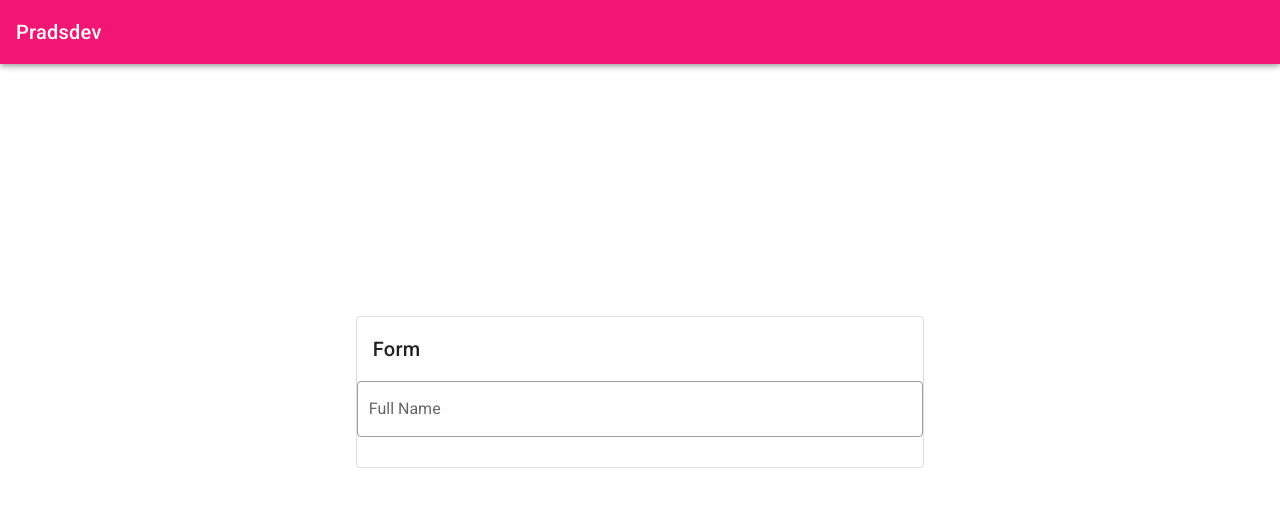
Repository: pradsdev/vue-form-validate
Page: /
These files come from the project's save history. The page is drawn as it stood at one moment and after the next save; the edit follows.
The browser window is 1280 px wide. The pictures show the whole page.
The project was rebuilt for these pictures with package versions that can differ from the ones it lists, and the page was loaded fresh each time. Also part of the build but not shown: vue.config.js.

Above is the page before, as saved 2020-12-21 22:51:46.

After the next save:
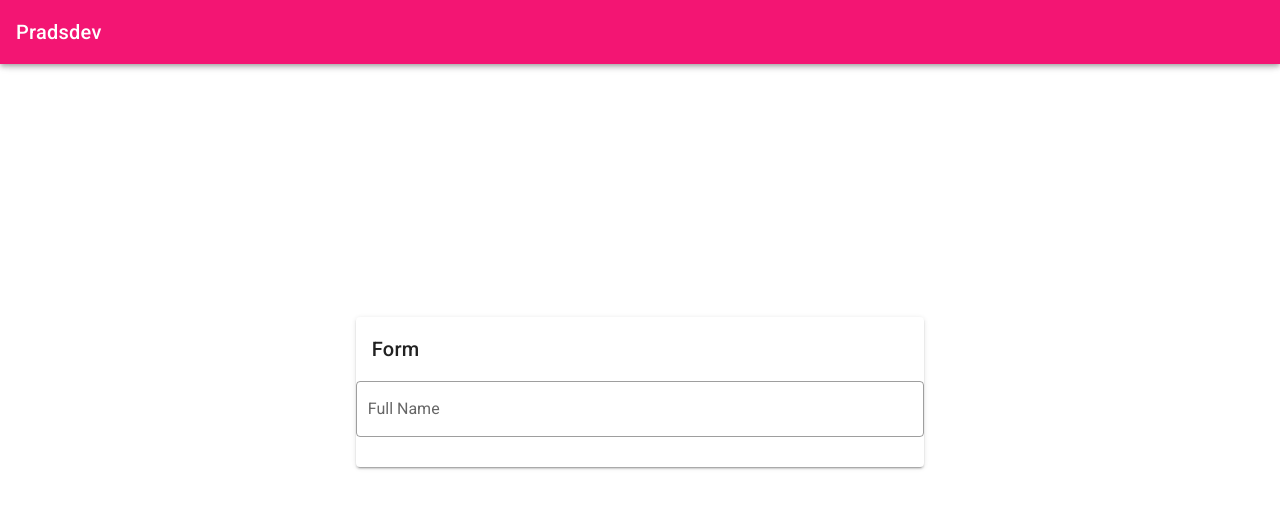
Saved 81 s later.
--- a/src/components/HelloWorld.vue
+++ b/src/components/HelloWorld.vue
@@ -2,7 +2,7 @@
   <v-container fill-height>
     <v-row class="text-center justify-center">
       <v-col cols="6">
-        <v-card outlined>
+        <v-card>
           <v-card-title>
             Form
           </v-card-title>
